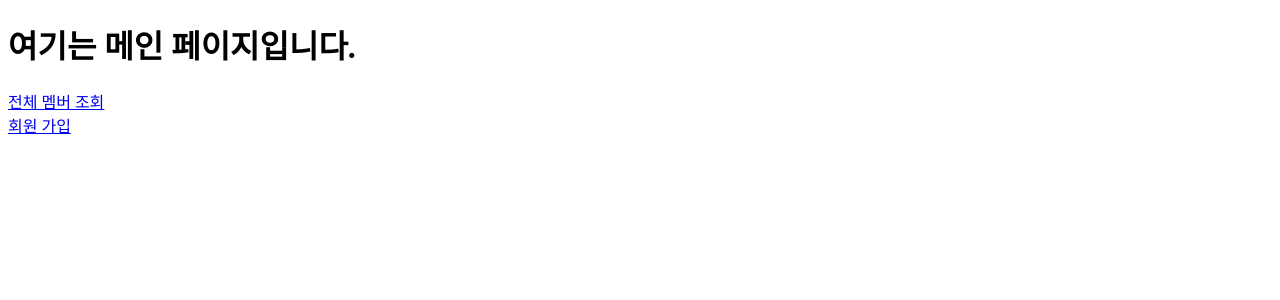
Repository: MySunTY/JSP22
Page: http://localhost/JSP30/
The author's editor kept a copy of each file at every save. The page is drawn from the files as they stood at one save, then again after the next save.
The browser window is 1280 px wide. The pictures show the whole page.
The page is served by Tomcat 9. Other server files are loaded and not shown.

Above is the page before, as saved 2024-06-21 01:48:16.

### JSP30/src/main/webapp/index.jsp
<%@ page language="java" contentType="text/html; charset=utf-8"
    pageEncoding="utf-8"%>
<!DOCTYPE html>
<html>
	<head>
		<meta charset="utf-8">
		<title>여기는 메인 페이지</title>
	</head>
	<body>
		<h1>여기는 메인 페이지입니다.</h1>
		<a href="member_list.jsp">전체 멤버 조회</a><br>
		<a href="register.jsp">회원 가입</a>




	</body>
</html>

After the next save:
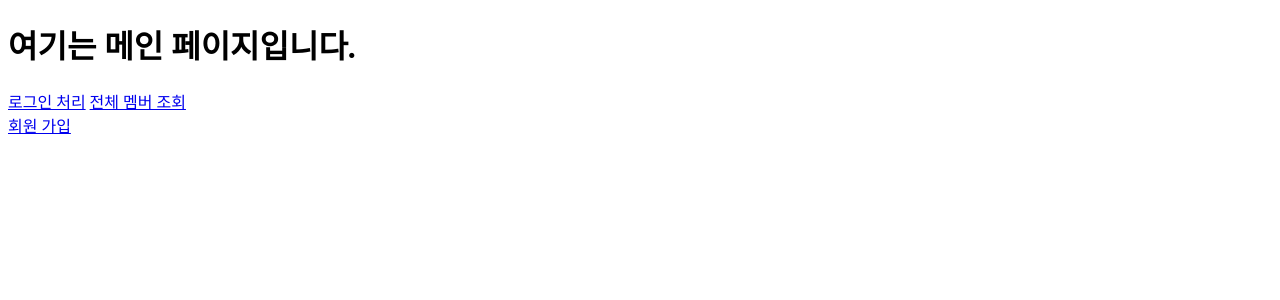
Saved 2 min 43 s later.
--- a/JSP30/src/main/webapp/index.jsp
+++ b/JSP30/src/main/webapp/index.jsp
@@ -8,6 +8,7 @@
 	</head>
 	<body>
 		<h1>여기는 메인 페이지입니다.</h1>
+		<a href="login.do">로그인 처리</a>
 		<a href="member_list.jsp">전체 멤버 조회</a><br>
 		<a href="register.jsp">회원 가입</a>
 
